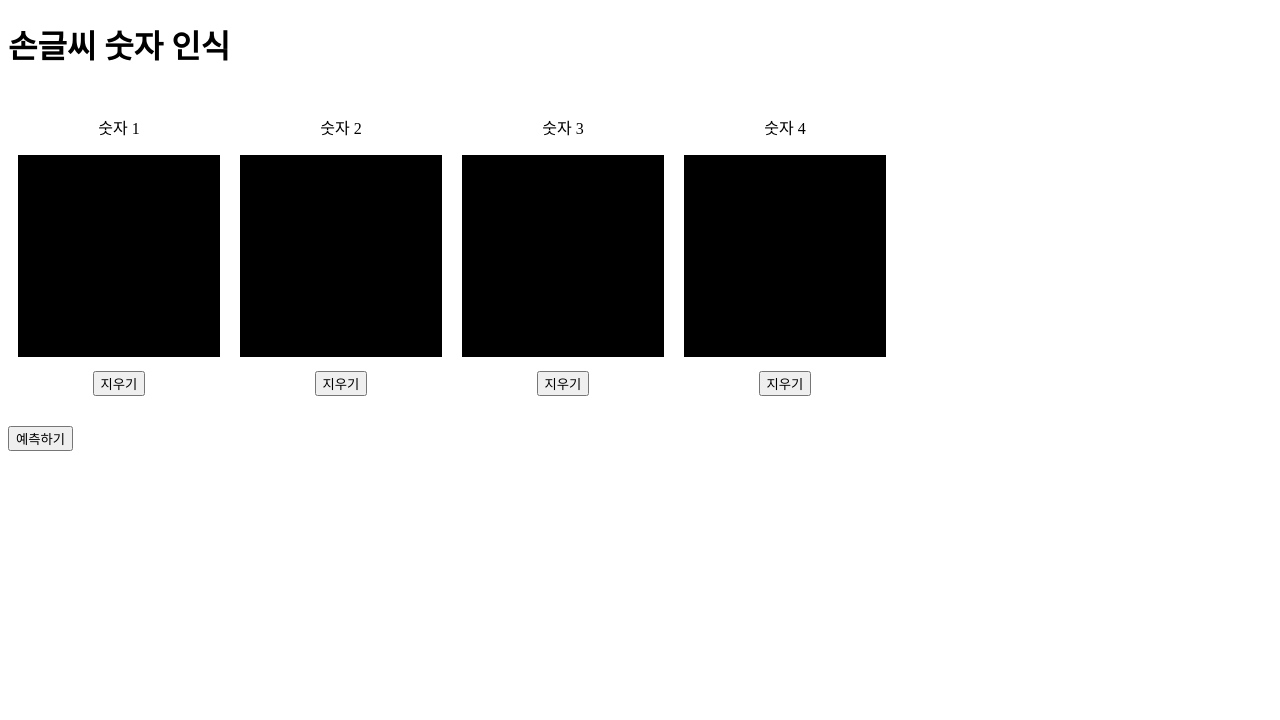
Repository: Upstage-AI-Lab-4/ml4-pub
Page: templates/index.html
These files come from the project's save history. The page is drawn as it stood at one moment and after the next save; the edit follows.
The browser window is 1280 px wide. The pictures show the whole page.

Above is the page before, as saved 2024-10-08 17:51:23.

### templates/index.html
<!DOCTYPE html>
<html>
<head>
    <title>손글씨 숫자 인식</title>
    <style>
        .canvas-container {
            display: flex;
            flex-wrap: wrap;
            margin-bottom: 20px;
        }
        canvas {
            border: 1px solid #000;
            background-color: #000; /* 배경색을 검정색으로 설정 */
            margin-bottom: 10px;
        }
        .canvas-wrapper {
            text-align: center;
            margin: 10px;
        }
    </style>
</head>
<body>
    <h1>손글씨 숫자 인식</h1>
    <form id="digitForm" action="/predict" method="post" onsubmit="prepareForm()">
        <div class="canvas-container">
            <div class="canvas-wrapper">
                <p>숫자 1</p>
                <canvas id="canvas1" width="200" height="200"></canvas><br>
                <button type="button" onclick="clearCanvas('canvas1')">지우기</button>
            </div>
            <div class="canvas-wrapper">
                <p>숫자 2</p>
                <canvas id="canvas2" width="200" height="200"></canvas><br>
                <button type="button" onclick="clearCanvas('canvas2')">지우기</button>
            </div>
            <div class="canvas-wrapper">
                <p>숫자 3</p>
                <canvas id="canvas3" width="200" height="200"></canvas><br>
                <button type="button" onclick="clearCanvas('canvas3')">지우기</button>
            </div>
            <div class="canvas-wrapper">
                <p>숫자 4</p>
                <canvas id="canvas4" width="200" height="200"></canvas><br>
                <button type="button" onclick="clearCanvas('canvas4')">지우기</button>
            </div>
        </div>
        <!-- 캔버스 데이터를 저장하기 위한 숨겨진 입력 필드 -->
        <input type="hidden" name="image1" id="image1">
        <input type="hidden" name="image2" id="image2">
        <input type="hidden" name="image3" id="image3">
        <input type="hidden" name="image4" id="image4">
        <button type="submit">예측하기</button>
    </form>
    <script>
        function initCanvas(canvasId) {
            var canvas = document.getElementById(canvasId);
            var ctx = canvas.getContext("2d");
            var painting = false;

            // 배경색을 검정색으로 초기화
            ctx.fillStyle = "#000";
            ctx.fillRect(0, 0, canvas.width, canvas.height);

            // 선 색상을 흰색으로 설정
            ctx.strokeStyle = "#fff";

            // 이벤트 타입 결정
            var events = {
                start: "mousedown",
                move: "mousemove",
                end: "mouseup"
            };

            if ('ontouchstart' in window) {
                events.start = "touchstart";
                events.move = "touchmove";
                events.end = "touchend";
            }

            canvas.addEventListener(events.start, startPosition);
            canvas.addEventListener(events.end, finishedPosition);
            canvas.addEventListener(events.move, draw);
            canvas.addEventListener("mouseleave", finishedPosition);

            function getPointerPos(e) {
                var rect = canvas.getBoundingClientRect();
                if (e.touches) {
                    return {
                        x: e.touches[0].clientX - rect.left,
                        y: e.touches[0].clientY - rect.top
                    };
                } else {
                    return {
                        x: e.clientX - rect.left,
                        y: e.clientY - rect.top
                    };
                }
            }

            function startPosition(e) {
                e.preventDefault();
                painting = true;
                draw(e);
            }

            function finishedPosition() {
                painting = false;
                ctx.beginPath();
            }

            function draw(e) {
                if (!painting) return;
                e.preventDefault();
                ctx.lineWidth = 12;
                ctx.lineCap = "round";

                var pos = getPointerPos(e);
                ctx.lineTo(pos.x, pos.y);
                ctx.stroke();
                ctx.beginPath();
                ctx.moveTo(pos.x, pos.y);
            }
        }

        function clearCanvas(canvasId) {
            var canvas = document.getElementById(canvasId);
            var ctx = canvas.getContext("2d");
            // 캔버스를 검정색으로 초기화
            ctx.fillStyle = "#000";
            ctx.fillRect(0, 0, canvas.width, canvas.height);
            ctx.beginPath();
        }

        function prepareForm() {
            var canvases = ['canvas1', 'canvas2', 'canvas3', 'canvas4'];
            for (var i = 0; i < canvases.length; i++) {
                var canvas = document.getElementById(canvases[i]);
                var dataURL = canvas.toDataURL('image/png');
                document.getElementById('image' + (i+1)).value = dataURL;
            }
        }

        // 캔버스 초기화
        initCanvas('canvas1');
        initCanvas('canvas2');
        initCanvas('canvas3');
        initCanvas('canvas4');
    </script>
</body>
</html>

After the next save:
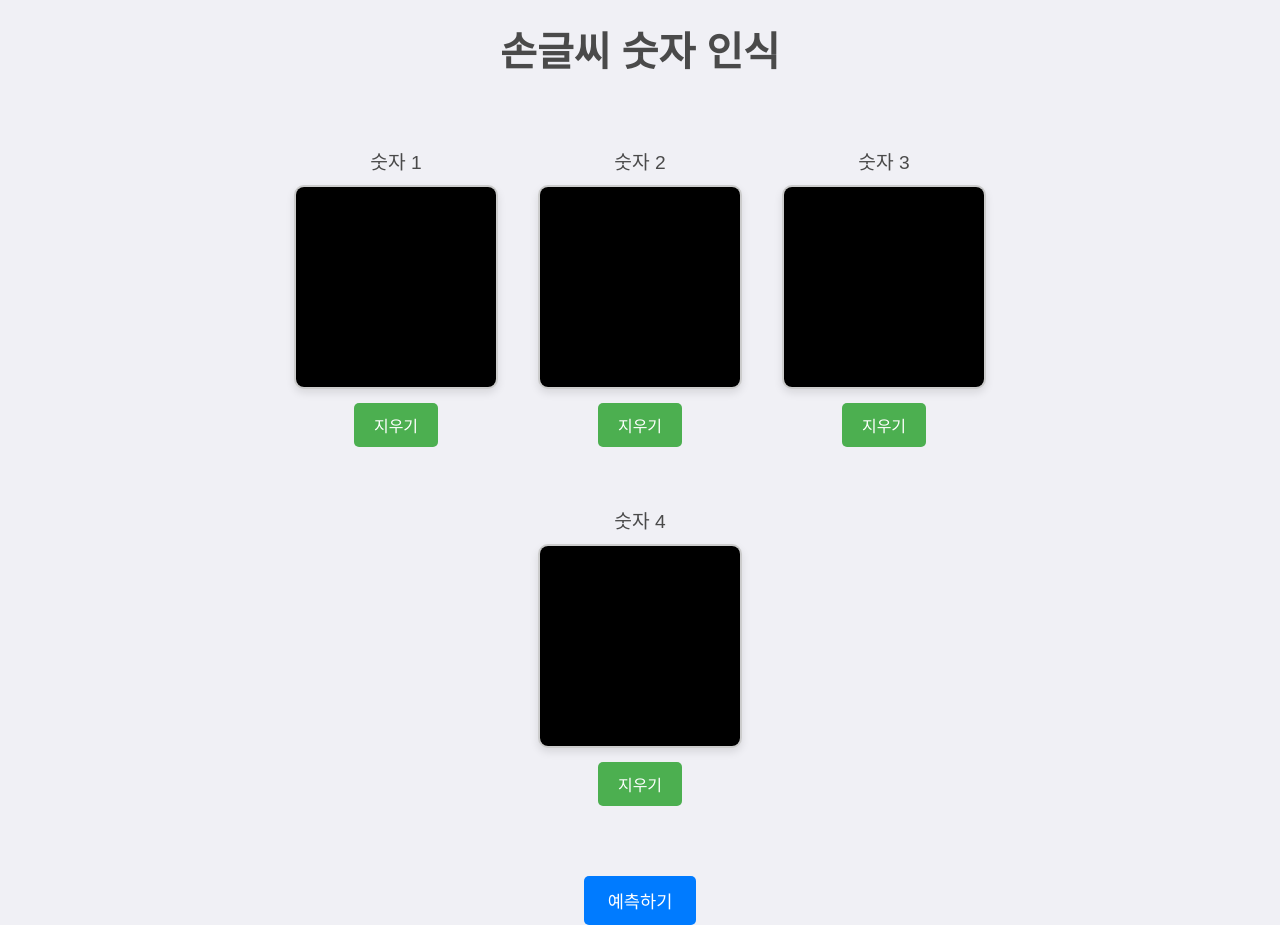
Saved 4 min 42 s later.
--- a/templates/index.html
+++ b/templates/index.html
@@ -3,19 +3,71 @@
 <head>
     <title>손글씨 숫자 인식</title>
     <style>
+        body {
+            font-family: 'Arial', sans-serif;
+            background-color: #f0f0f5;
+            color: #333;
+            text-align: center;
+            margin: 0;
+            padding: 0;
+        }
+
+        h1 {
+            color: #4a4a4a;
+            font-size: 2.5em;
+            margin-top: 20px;
+        }
+
         .canvas-container {
             display: flex;
+            justify-content: center;
             flex-wrap: wrap;
-            margin-bottom: 20px;
-        }
+            margin: 30px auto;
+            max-width: 800px;
+        }
+
+        .canvas-wrapper {
+            margin: 20px;
+        }
+
+        p {
+            font-size: 1.2em;
+            color: #4a4a4a;
+            margin-bottom: 10px;
+        }
+
         canvas {
-            border: 1px solid #000;
-            background-color: #000; /* 배경색을 검정색으로 설정 */
-            margin-bottom: 10px;
-        }
-        .canvas-wrapper {
-            text-align: center;
-            margin: 10px;
+            border: 2px solid #ccc;
+            border-radius: 10px;
+            background-color: #ffffff;
+            box-shadow: 0 4px 8px rgba(0, 0, 0, 0.1);
+        }
+
+        button {
+            background-color: #4CAF50;
+            color: white;
+            border: none;
+            padding: 10px 20px;
+            font-size: 1em;
+            border-radius: 5px;
+            cursor: pointer;
+            margin-top: 10px;
+            transition: background-color 0.3s ease;
+        }
+
+        button:hover {
+            background-color: #45a049;
+        }
+
+        button[type="submit"] {
+            background-color: #007BFF;
+            margin-top: 20px;
+            padding: 12px 24px;
+            font-size: 1.1em;
+        }
+
+        button[type="submit"]:hover {
+            background-color: #0056b3;
         }
     </style>
 </head>
